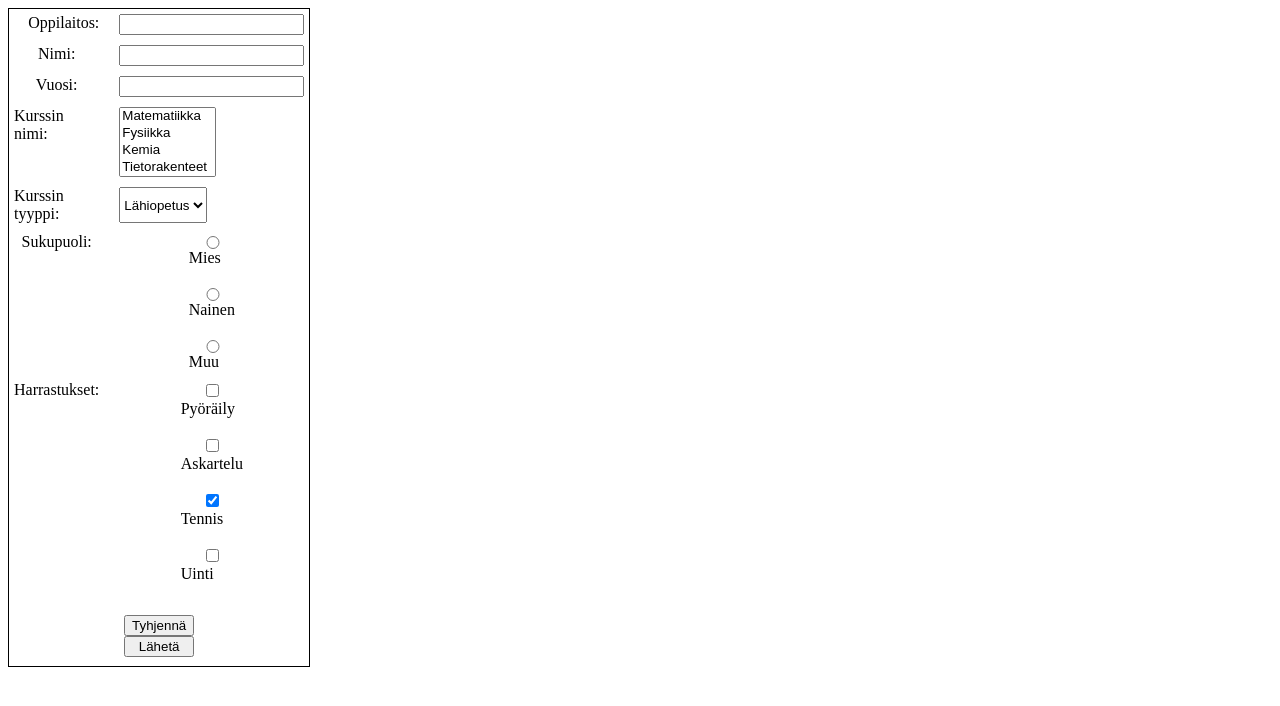
Repository: Niina-Maria/tehtavat-12-17-Niina-Maria2
Page: teht16.html
An editor plug-in stored every save of this project. The page is shown before and after the next save, followed by the edit.
The browser window is 1280 px wide. The pictures show the whole page.

Above is the page before, as saved 2024-11-20 13:15:28.

After the next save:
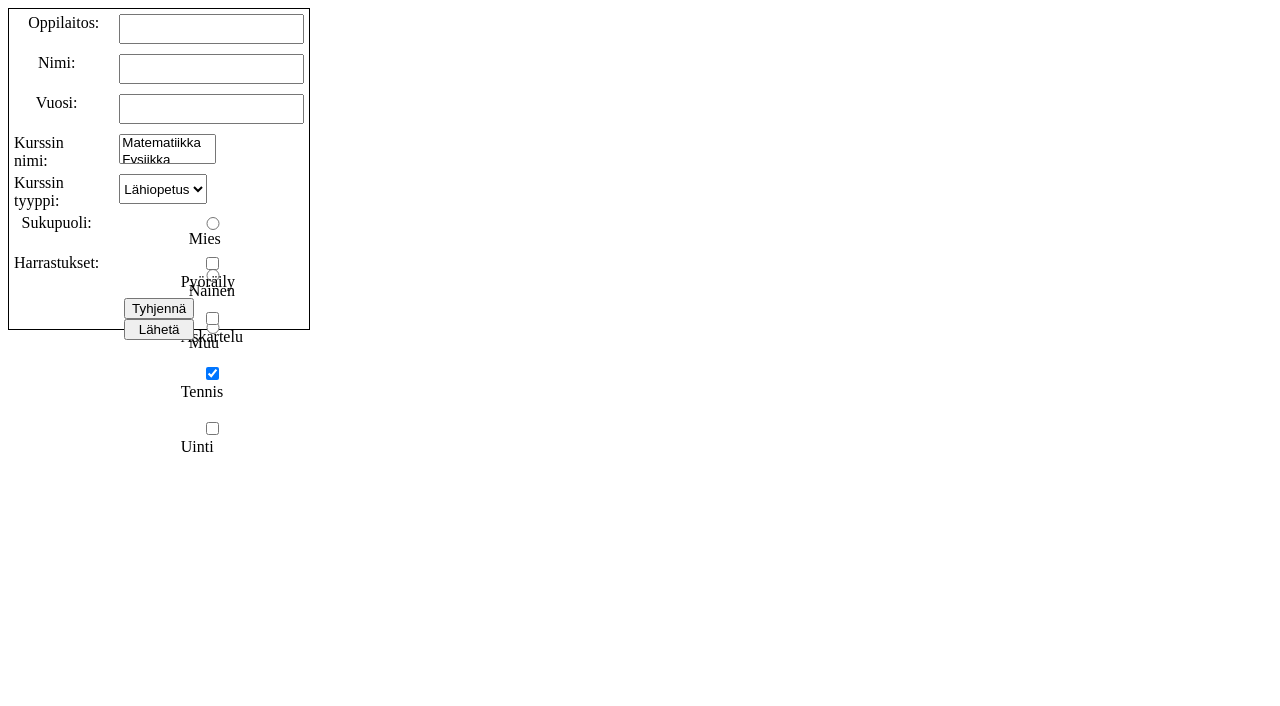
Saved 12 s later.
--- a/teht16.css
+++ b/teht16.css
@@ -9,7 +9,7 @@
 .taulukko {
     display: grid;
     grid-template-columns: 2, 1fr;
-    grid-auto-rows: auto;
+    grid-auto-rows: 40px;
     width: 300px;
     /*
     margin: 5px;

After the save that followed:
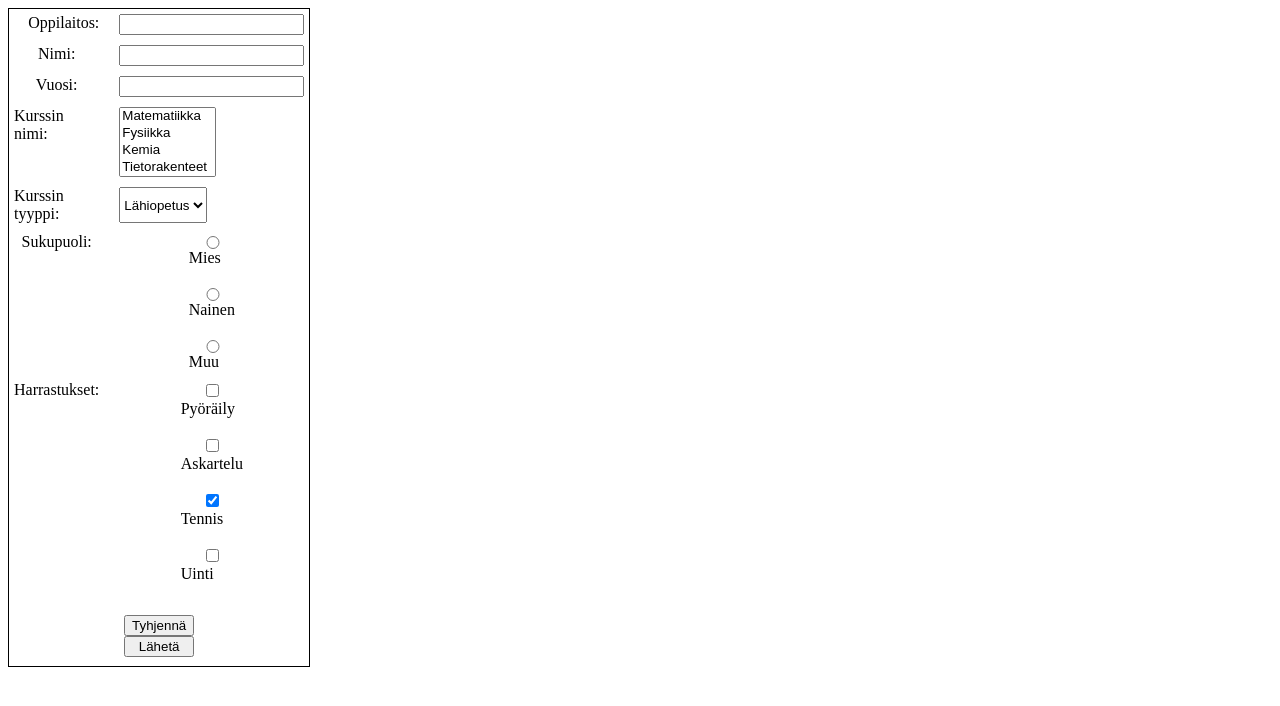
Saved 9 s later.
--- a/teht16.css
+++ b/teht16.css
@@ -9,7 +9,6 @@
 .taulukko {
     display: grid;
     grid-template-columns: 2, 1fr;
-    grid-auto-rows: 40px;
     width: 300px;
     /*
     margin: 5px;
